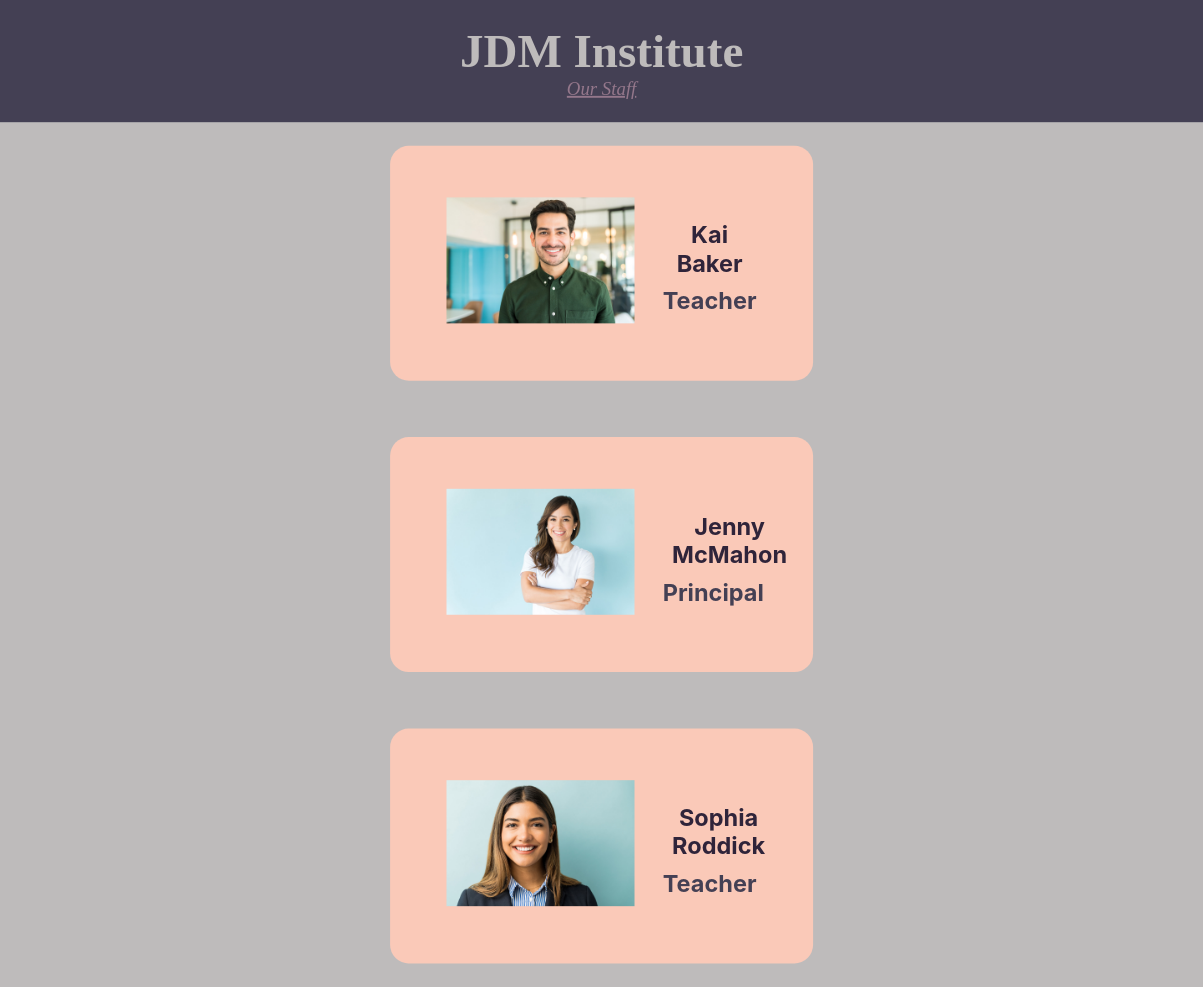
Repository: jennydmcm/class03practice
Page: /about
These files come from the project's save history. The page is drawn as it stood at one moment and after the next save; the edit follows.
The browser window is 1280 px wide. The pictures show the whole page, at 94% of full size.
The project was rebuilt for these pictures with package versions that can differ from the ones it lists, and the page was loaded fresh each time. The framework's server and built-in components were replaced by stand-ins that run in the browser. Also part of the build but not shown: next.config.js.

Above is the page before, as saved 2023-01-25 09:10:07.

After the next save:
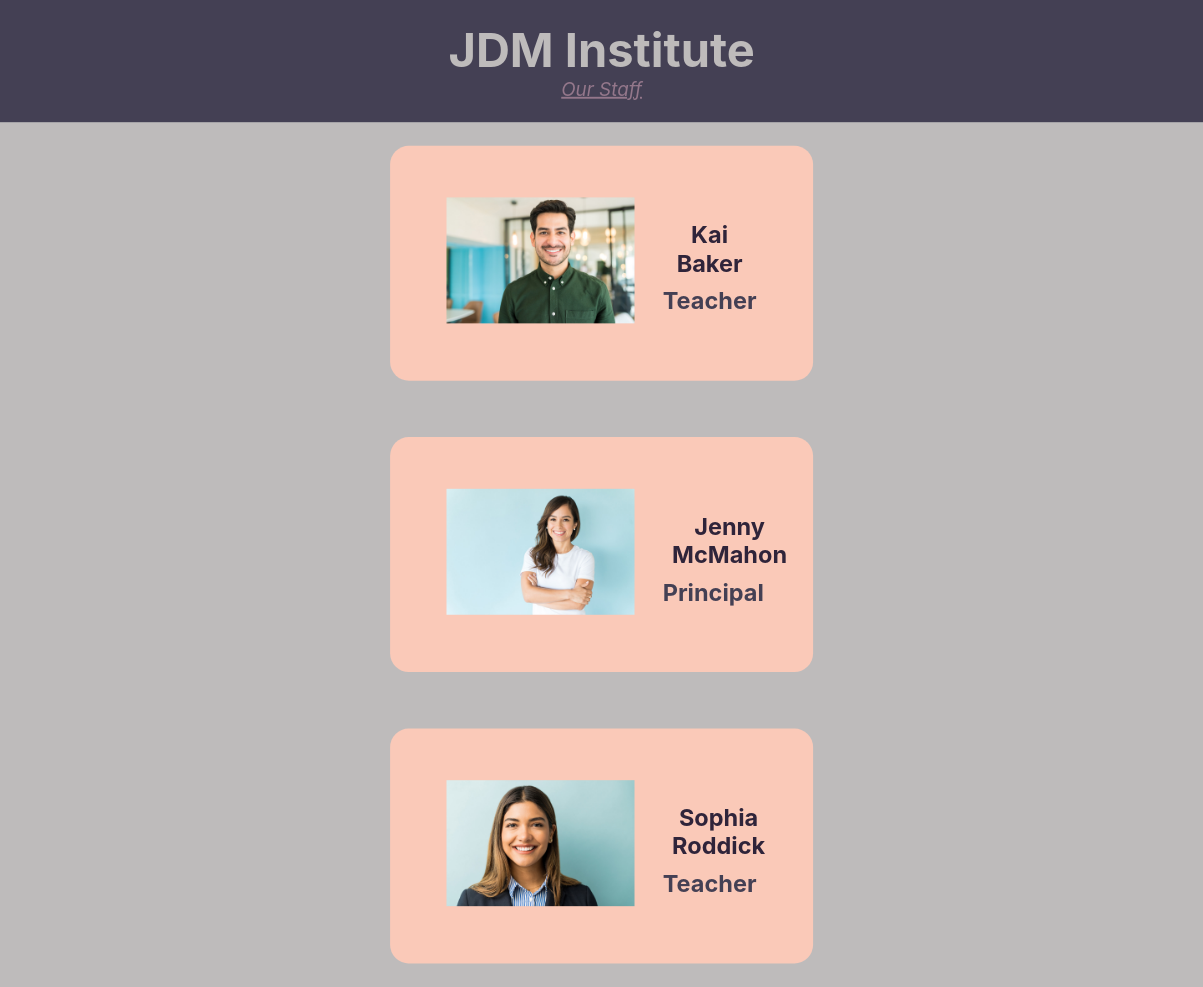
Saved 14 s later.
--- a/styles/About.module.css
+++ b/styles/About.module.css
@@ -22,12 +22,12 @@
   .navtitle{
     font-size: 50px;
     font-weight: bold;
-    font-family: 'Anybody';
+    font-family: 'Inter';
     color: #BEBBBB;
   }
   .link{
     font-size: 20px;
-    font-family: 'Anybody';
+    font-family: 'Inter';
     color: #94778B;
     font-style: italic;
     text-decoration: underline;
